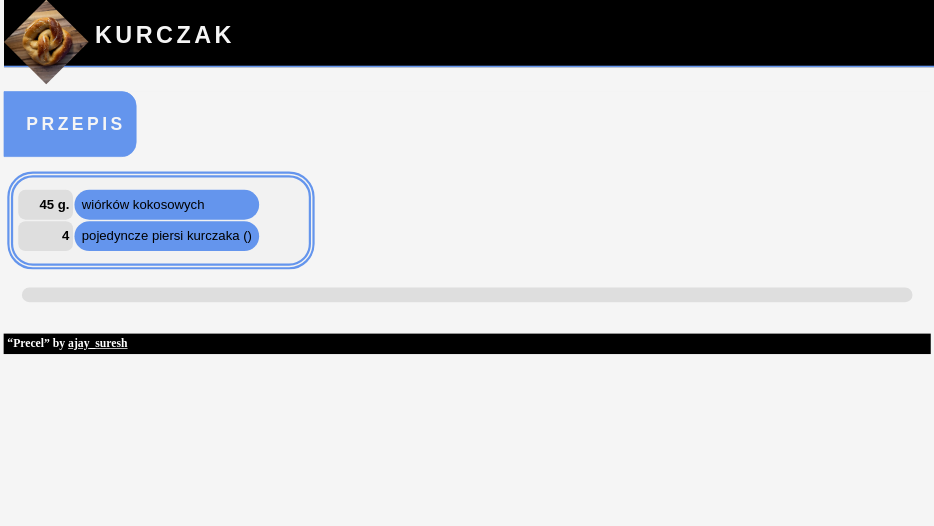
Repository: yaoayh/przepisy
Page: podstrony/kurczak_z_antylii.html
These files come from the project's save history. The page is drawn as it stood at one moment and after the next save; the edit follows.
The browser window is 1280 px wide. The pictures show the whole page, at 73% of full size.

Above is the page before, as saved 2020-08-13 02:18:12.

### podstrony/kurczak_z_antylii.html
<!DOCTYPE html>
<html>
    <head>
        <title>Kurczak z Antyli</title>
        <link rel="shortcut icon" href="../images/icon.jpg">
        <meta charset="UTF-8">
        <meta name="viewport" content="width=device-width, initial-scale=1.0">
        <meta name="author" content="Dawid Litwin">
        <link href="../css/styles.css" type="text/css"
        rel="stylesheet">
    </head>
    <body class="body_Undersite">
        <div id="header_Undersite">
            <div class="picture">
                <a href="../index.html"><img src="../images/precel.jpg" alt="precel"
                title="obrazek przedstawiajacy precel"
                width= "82,8" height= "82,8"></a>
            </div>
            <h1 class="h1_Undersite">Kurczak</h1>
        </div>
        <!--                0000000000000000000                 -->
        <form class="form_Undersite">
            <h2>Przepis</h2>
            <div class="name">
                <!--Produkty-->
                <table>
                    <tr>
                        <td>
                            45 g.
                        </td>
                        <td class="table2">
                            wiórków kokosowych
                        </td>
                    </tr>
                    <tr>
                        <td>
                            4
                        </td>
                        <td class="table2">
                            pojedyncze piersi kurczaka ()
                        </td>
                    </tr>
                </table>
            </div>

            <div class="Przepis">
                <!--Przepis-->
                <ol>

                </ol>
            </div>

            </form>
            <br>
            <form class="bottom">
                <strong> <q>Precel</q>
                    by <a class="a_Bottom" href="https://www.flickr.com/photos/ajay_suresh/">ajay_suresh</a>
            </strong>
            </form>
        </body>
    </html>

### css/styles.css

html{overflow: scroll;}
body {

    /*
    *
    *
    *
    *
    *
    */

    /*
    *
    *
    *
    *
    *
    */

    height: auto;
	margin: 0px;
    background-color: whitesmoke;}

/*                      Nagłówek                    */
body.body_Undersite{
    padding: 5px;
}
#header {
    top: 0px;
    width: 100%;
    height: 90px;
    position: fixed;
    background-color: black;
    border-bottom: 2px solid cornflowerblue;}

.picture{
    margin: 16px;
    float: left;
    width: 82px;
    transform: rotate(45deg);}

h1 {
    text-transform: uppercase;
    font-family: Arial, Helvetica, sans-serif;
    letter-spacing: 0.2em;
    font-style: normal;
    color: whitesmoke;
    padding: 30px 30px 30px 15px;
    margin-left: 110px;
    margin-top: 0px;}


/*                  CZESC II                    */
form.main2{
    margin: auto;
    height: auto; /*531px;*/
    width: 354px;/*354px;*/
    background-color: whitesmoke;
    padding: 5px;}
.info_Nr1, .info_Nr2{
    background-color: black;
    border: 12px 12px 12px 12px;
    border-color: white;
    border-style: double;
    text-align: center;
    margin-top: 120px;
    margin-bottom: 15px;
}

h3 {
    font-weight: normal;
    color: cornflowerblue;
    font-family: "Gill Sans", Arial, sans-serif;
    text-transform: uppercase;
    text-align: center;
    padding: 4px;
    margin: 0px;
    letter-spacing: 0.2em;}

/*                      BLOKI                   */

form.head_Sqares {
    margin: auto;
    height: 531px; /*531px;*/
    width: 354px;/*354px;*/
    background-color: whitesmoke;
    padding: 5px;}

.sqares_Left{
    text-decoration: none;
    border-radius: 15px;
    width: 172px;
    height: 172px;
    background-color: black;
    color: white;
    overflow: auto;
    float: left;
    margin-top: 3px;}
.first_Choice{color: cornflowerblue;}
.sqares_Right{
    text-decoration: none;
    border-radius: 15px;
    width: 172px;
    height: 172px;
    background-color: black;
    color: white;
    margin-top: 3px;
    overflow: auto;
    float: right ;
    clear: right;}
p {
    border-radius: 5px;
    text-decoration: none;
    padding-top: 55px;
    text-align: center;
    font-family: Georgia, 'Times New Roman', Times, serif;
    font-size: x-large;
    letter-spacing: 0.10em;
    margin:0px;}
p.p1_Shadow{padding: 21px; color: rgb(70, 66, 66);
    font-family: Impact, Haettenschweiler, 'Arial Narrow Bold', sans-serif;
text-decoration: none;}
p.p1{
    font-family: Impact, Haettenschweiler, 'Arial Narrow Bold', sans-serif;
    text-decoration: none;
    padding: 21px;
    color: cornflowerblue;}
#bigger {
    padding: 0px 0px;}
.info_Nr2 {margin-top: 10px;}

.n1,.n2,.n3,.n4,.n5,.n6,.n7,.n8,.n9,.n10,.n11,.n12,.n13,.n14,.n15,.n16,.n17,.n18,.n19,.n20,.n21,.n22,.n23,.n24,.n25,.n26,.n27{
    border-radius: 15px;
    border: 2px solid whitesmoke;
    clear: both;}
div.n1 {

    background-color: hsl(0, 0%, 90%);
}
.n2{
    background-color: hsl(0,0%,87%);
}
.n3{
    background-color: hsl(0, 0%, 84%);
}
.n4{
    background-color: hsl(0, 0%, 81%);
}
.n5{
    background-color: hsl(0, 0%, 78%);
}
.n6{
    background-color: hsl(0, 0%, 75%);
}
.n7{
    background-color: hsl(0, 0%, 72%);
}
.n8{
    background-color: hsl(0, 0%, 69%);
}
.n9{
    background-color: hsl(0, 0%, 66%);
}
.n10{
    background-color: hsl(0, 0%, 63%);
}
.n11{
    background-color: hsl(0, 0%, 60%);
}
.n12{
    background-color: hsl(0, 0%, 57%);
}
.n13{
    background-color: hsl(0, 0%, 54%);
}
.n14{
    background-color: hsl(0, 0%, 51%);
}
.n15{
    background-color: hsl(0, 0%, 48%);
}
.n16{
    background-color: hsl(0, 0%, 45%);
}
.n17{
    background-color: hsl(0, 0%, 42%);
}
.n18{
    background-color: hsl(0, 0%, 39%);
}
.n19{
    background-color: hsl(0, 0%, 36%);
}
.n20{
    background-color: hsl(0, 0%, 33%);
}
.n21{
    background-color: hsl(0, 0%, 30%);
}
.n22{
    background-color: hsl(0, 0%, 27%);
}
.n23{
    background-color: hsl(0, 0%, 24%);
}
.n24{
    background-color: hsl(0, 0%, 21%);
}
.n25{
    background-color: hsl(0, 0%, 18%);
}
.n26{
    background-color: hsl(0, 0%, 15%);
}
.n27{background-color: hsl(0, 0%, 12%);}


/*                  PRAWA AUTORSKIE             */
.a_Bottom {
    text-decoration: none;
    color: white;
    text-decoration-line: underline;
}
.bottom {
    padding: 5px;
    text-decoration: none;
    background-color: black;
    color: white;
}
/**************************************************************************************/

#header_Undersite {
    top: 0px;
    width: 100%;
    height: 90px;
    position: fixed;
    background-color: black;
    border-bottom: 2px solid cornflowerblue;}
h1.h1_Undersite {
    letter-spacing: 0.15em;
}

a.m1:visited{
    color: cornflowerblue;
}
a {

    text-decoration: whitesmoke;

}
a:visited{
    color: whitesmoke;
}
a:hover{
    text-decoration: none;
    background-color: aquamarine;
    color: cyan;
}
td{
    font-size: large;
    text-decoration: solid;
    font-family: Arial, Helvetica, sans-serif;
    padding: 5px;
    background-color: cornflowerblue;
    border-radius: 5px;

}
form.form_Undersite{
    margin-top: 120px;
    background-color: rgb(245, 245, 245);
}
.name{
    max-width: 400px;
    border-radius: 35px;
    border: 8px double cornflowerblue;
    background-color: hsl(245,0%,95%);
    padding: 5px 0px 5px 5px;
    margin: 5px;}

h2 {
    text-align: left;
    font-size: x-large;
    text-transform: uppercase;
    font-family: Arial, Helvetica, sans-serif;
    letter-spacing: 0.2em;
    font-style: normal;
    color: whitesmoke;
    padding: 30px;
    border: 1px solid cornflowerblue;
    border-radius: 0px 20px 20px 0px;
    max-width: 120px;
    background-color: cornflowerblue;
    }
table {

    margin-right: 0px;
    padding: 10px 0px 10px 0px;
}
tr{
    empty-cells: hide;
}
td {
    width: 60px;
    background-color: hsl(0,0%,87%);
    border-radius: 10px;
    padding: 10px 5px 10px 10px;
    text-align: right;
    font-weight: bold;
}
td.table2{
    width: auto;
    background-color: cornflowerblue;
    border-radius: 50px;
    font-weight: normal;
    padding: 10px 10px 10px 10px;
    text-align: left;
}
ol{
    padding: 10px 0px 10px 0px;
    margin: 25px;
    border-radius: 20px;
    background-color: hsl(0,0%,87%);
}
li {

    font-family: Arial, Helvetica, sans-serif;
    font-size: large;
    padding: 15px 5px 10px 5px;
}
.ps{
    background-color: hsl(0,0%,87%);
    margin: 5px;
    border: 4px double cadetblue;
    border-radius: 5px;
    padding: 5px;
}

After the next save:
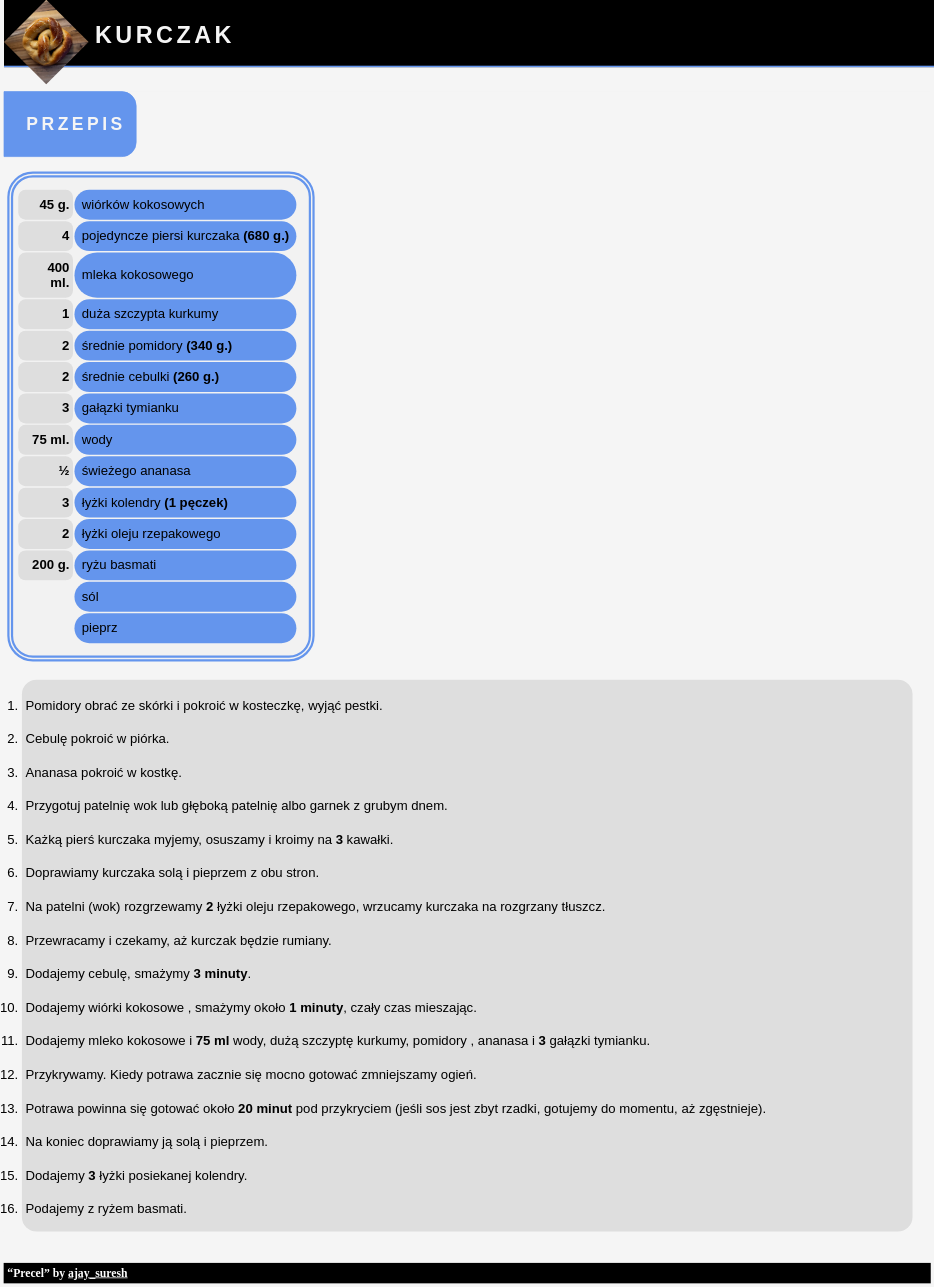
Saved 15 min 47 s later.
--- a/podstrony/kurczak_z_antylii.html
+++ b/podstrony/kurczak_z_antylii.html
@@ -37,7 +37,103 @@
                             4
                         </td>
                         <td class="table2">
-                            pojedyncze piersi kurczaka ()
+                            pojedyncze piersi kurczaka <strong>(680 g.)</strong>
+                        </td>
+                    </tr>
+                    <tr>
+                        <td>
+                            400 ml.
+                        </td>
+                        <td class="table2">
+                            mleka kokosowego
+                        </td>
+                    </tr>
+                    <tr>
+                        <td>
+                            1
+                        </td>
+                        <td class="table2">
+                            duża szczypta kurkumy
+                        </td>
+                    </tr>
+                    <tr>
+                        <td>
+                            2
+                        </td>
+                        <td class="table2">
+                            średnie pomidory <strong>(340 g.)</strong>
+                        </td>
+                    </tr>
+                    <tr>
+                        <td>
+                            2
+                        </td>
+                        <td class="table2">
+                            średnie cebulki <strong>(260 g.)</strong>
+                        </td>
+                    </tr>
+                    <tr>
+                        <td>
+                            3
+                        </td>
+                        <td class="table2">
+                            gałązki tymianku
+                        </td>
+                    </tr>
+                    <tr>
+                        <td>
+                            75 ml.
+                        </td>
+                        <td class="table2">
+                            wody
+                        </td>
+                    </tr>
+                    <tr>
+                        <td>
+                            &frac12;
+                        </td>
+                        <td class="table2">
+                            świeżego ananasa
+                        </td>
+                    </tr>
+                    <tr>
+                        <td>
+                            3
+                        </td>
+                        <td class="table2">
+                            łyżki kolendry <strong>(1 pęczek)</strong>
+                        </td>
+                    </tr>
+                    <tr>
+                        <td>
+                            2
+                        </td>
+                        <td class="table2">
+                            łyżki oleju rzepakowego
+                        </td>
+                    </tr>
+                    <tr>
+                        <td>
+                            200 g.
+                        </td>
+                        <td class="table2">
+                            ryżu basmati
+                        </td>
+                    </tr>
+                    <tr>
+                        <td>
+
+                        </td>
+                        <td class="table2">
+                            sól
+                        </td>
+                    </tr>
+                    <tr>
+                        <td>
+
+                        </td>
+                        <td class="table2">
+                            pieprz
                         </td>
                     </tr>
                 </table>
@@ -46,7 +142,25 @@
             <div class="Przepis">
                 <!--Przepis-->
                 <ol>
-
+                    <li>Pomidory obrać ze skórki i pokroić w kosteczkę, wyjąć pestki.</li>
+                    <li>Cebulę pokroić w piórka.</li>
+                    <li>Ananasa pokroić w kostkę.</li>
+                    <li>Przygotuj patelnię wok lub głęboką patelnię albo garnek z grubym dnem.</li>
+                    <li>Każką pierś kurczaka myjemy, osuszamy i kroimy na <strong>3</strong> kawałki.</li>
+                    <li>Doprawiamy kurczaka solą i pieprzem z obu stron.</li>
+                    <li>Na patelni (wok) rozgrzewamy <strong>2</strong> łyżki oleju rzepakowego, wrzucamy
+                    kurczaka na rozgrzany tłuszcz.</li>
+                    <li>Przewracamy i czekamy, aż kurczak będzie rumiany.</li>
+                    <li>Dodajemy cebulę, smażymy <strong>3 minuty</strong>.</li>
+                    <li>Dodajemy wiórki kokosowe , smażymy około <strong>1 minuty</strong>, czały czas mieszając.</li>
+                    <li>Dodajemy mleko kokosowe i <strong>75 ml</strong> wody, dużą szczyptę kurkumy, pomidory
+                    , ananasa i <strong>3</strong> gałązki tymianku.</li>
+                    <li>Przykrywamy. Kiedy potrawa zacznie się mocno gotować zmniejszamy ogień.</li>
+                    <li>Potrawa powinna się gotować około <strong>20 minut</strong> pod przykryciem
+                    (jeśli sos jest zbyt rzadki, gotujemy do momentu, aż zgęstnieje).</li>
+                    <li>Na koniec  doprawiamy ją solą i pieprzem.</li>
+                    <li>Dodajemy <strong>3</strong> łyżki posiekanej kolendry.</li>
+                    <li>Podajemy z ryżem basmati.</li>
                 </ol>
             </div>
 
